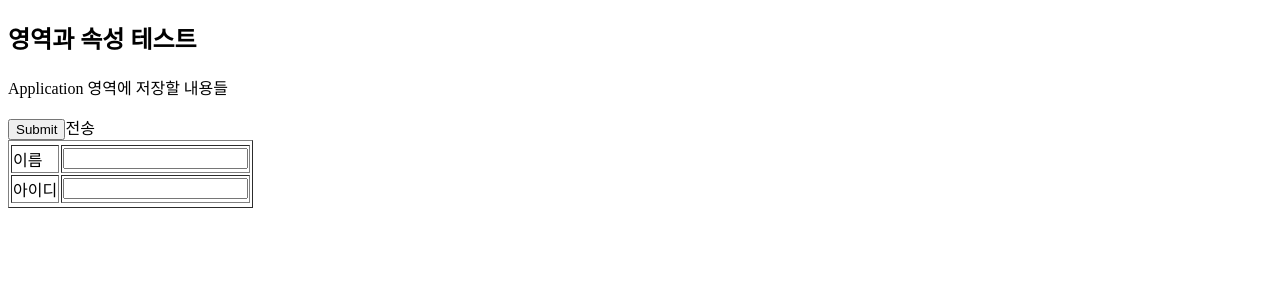
Repository: BancaKim/teamproject4
Page: http://localhost/JspDay3/JSPTEST2/dataTest1.jsp
An editor plug-in stored every save of this project. The page is shown before and after the next save, followed by the edit.
The browser window is 1280 px wide. The pictures show the whole page.
The page is served by Tomcat 9.

Above is the page before, as saved 2024-05-02 00:29:21.

After the next save:
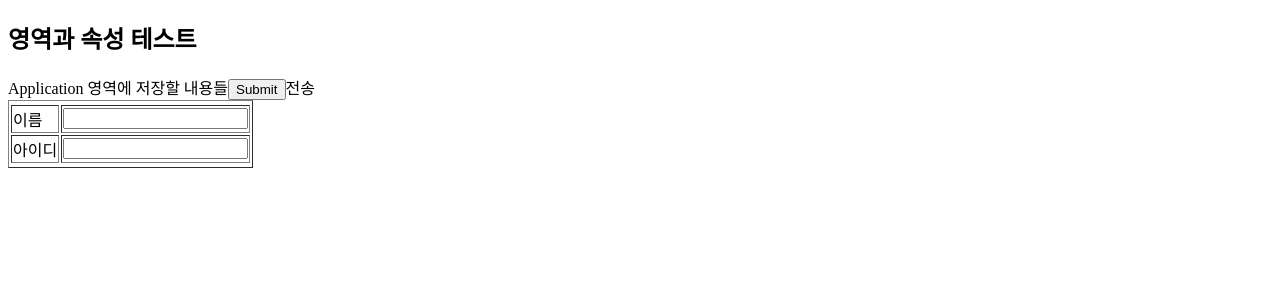
Saved 19 s later.
--- a/JspDay3/src/main/webapp/JSPTEST2/dataTest1.jsp
+++ b/JspDay3/src/main/webapp/JSPTEST2/dataTest1.jsp
@@ -7,11 +7,11 @@
 <title>Insert title here</title>
 </head>
 <body>
-<h2>영역과 속성 테스트</h2>
-<form>
-<table border='1'>
-<tr>
-<p>Application 영역에 저장할 내용들</p>
+	<h2>영역과 속성 테스트</h2>
+	<form>
+	<table border='1'>
+		<tr>
+			<span>Application 영역에 저장할 내용들</span>
 </tr>
 <tr>
 <td>이름</td>
